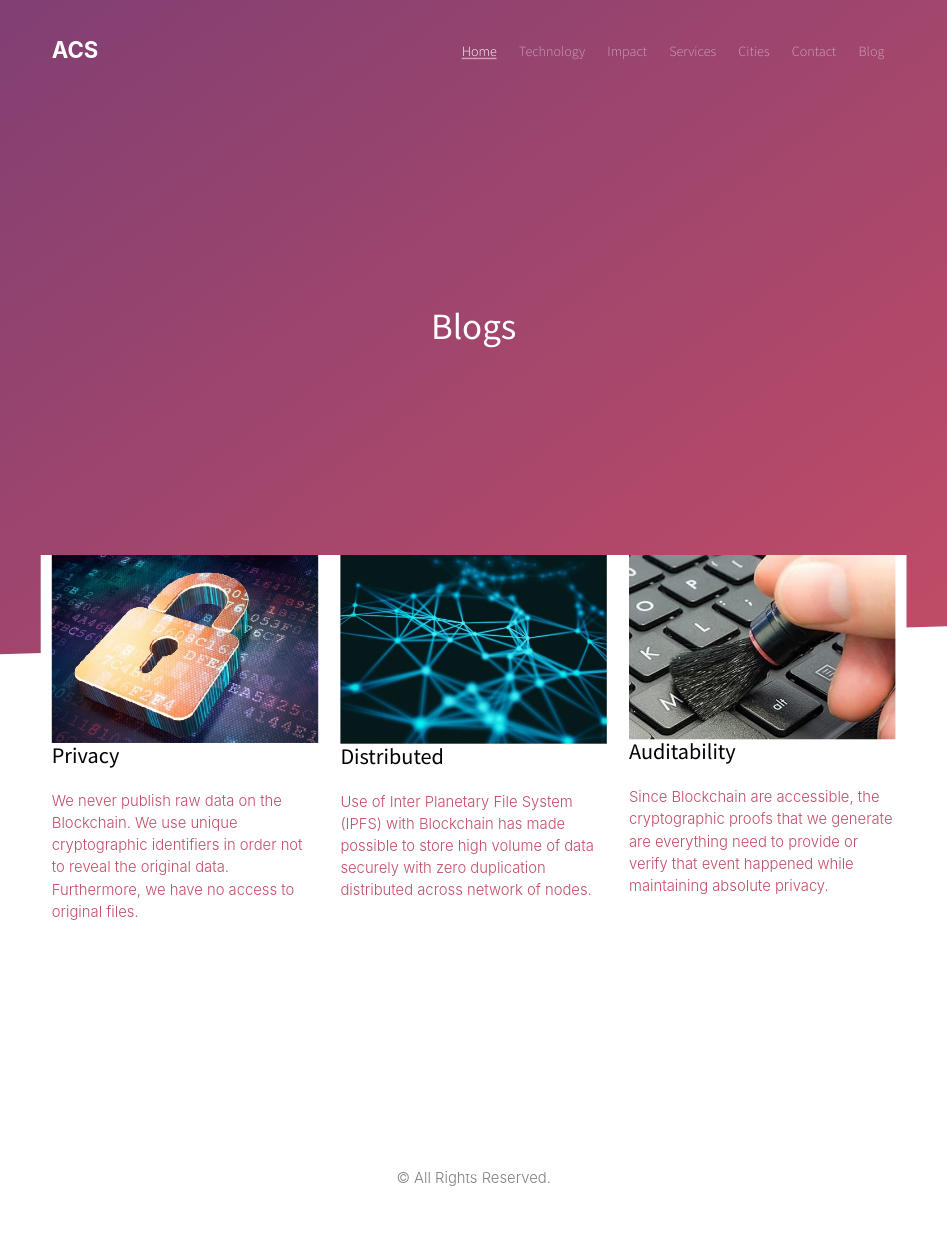
Repository: agarwalrahul-22/acs
Page: /blog
These files come from the project's save history. The page is drawn as it stood at one moment and after the next save; the edit follows.
The browser window is 1280 px wide. The pictures show the whole page, at 74% of full size.
Some web fonts or font styles are not loaded; a fallback is used. The project was rebuilt for these pictures with package versions that can differ from the ones it lists, and the page was loaded fresh each time. Also part of the build but not shown: src/components/main/LandingComponent.js, src/components/main/TechComponent.js, src/components/main/ImpactComponent.js, src/components/main/ServicesComponent.js, src/components/main/CitiesComponent.js, src/components/MainComponent.js.

Above is the page before, as saved 2022-10-10 22:05:41.

### public/index.html
<!DOCTYPE html>
<html lang="en">
  <head>
    <meta charset="utf-8" />
    <link rel="icon" href="%PUBLIC_URL%/favicon.ico" />
    <meta name="viewport" content="width=device-width, initial-scale=1" />
    <meta name="theme-color" content="#000000" />
    <meta name="description" content="Blockchain based Atithi Compliance System" />
    <link rel="apple-touch-icon" href="%PUBLIC_URL%/logo192.png" />
    <link href='https://fonts.googleapis.com/css?family=Source+Sans+Pro:400,300,600,400italic,700' rel='stylesheet'
      type='text/css'>
    <link rel="stylesheet" href="css/animate.css">
    <link rel="stylesheet" href="css/icomoon.css">
    <link rel="stylesheet" href="css/simple-line-icons.css">
    <link rel="stylesheet" href="css/magnific-popup.css">
    <link rel="stylesheet" href="css/bootstrap.css">
    <link rel="stylesheet" href="css/style3.css">
    <!--
      manifest.json provides metadata used when your web app is installed on a
      user's mobile device or desktop. See https://developers.google.com/web/fundamentals/web-app-manifest/
    -->
    <link rel="manifest" href="%PUBLIC_URL%/manifest.json" />
    <!--
      Notice the use of %PUBLIC_URL% in the tags above.
      It will be replaced with the URL of the `public` folder during the build.
      Only files inside the `public` folder can be referenced from the HTML.

      Unlike "/favicon.ico" or "favicon.ico", "%PUBLIC_URL%/favicon.ico" will
      work correctly both with client-side routing and a non-root public URL.
      Learn how to configure a non-root public URL by running `npm run build`.
    -->
    <title>Atithi Compliance System</title>
  </head>
  <body>
    <noscript>You need to enable JavaScript to run this app.</noscript>
    <div id="root"></div>
    <!--
      This HTML file is a template.
      If you open it directly in the browser, you will see an empty page.

      You can add webfonts, meta tags, or analytics to this file.
      The build step will place the bundled scripts into the <body> tag.

      To begin the development, run `npm start` or `yarn start`.
      To create a production bundle, use `npm run build` or `yarn build`.
    -->
  </body>
</html>

### src/components/BlogComponent.js
import React from 'react'
import report from "../images/report.svg";
import blockchain from "../images/blockchain.svg";
import img7 from "../images/img_7.jpg";
import img8 from "../images/img_8.jpg";
import img10 from "../images/img_10.jpg";
import fullimage2 from "../images/full_image_2.jpg";
import privacy from "../images/privacy_acs.jpg";
import distributed from "../images/distributed_acs.jpg";
import audit from "../images/audit_acs.jpg";
function BlogComponent() {
  return (
    <div>
      <section
        id="fh5co-home"
        data-section="home"
        style={{ backgroundImage: { fullimage2 } }}
        data-stellar-background-ratio="0.5"
      >
        <div className="gradient"></div>
        <div className="container">
          <div className="text-wrap">
            <div className="text-inner">
              <h1 className="to-animate">Blogs </h1>
            </div>
          </div>
        </div>
        <div className="slant"></div>
      </section>
      <section id="fh5co-intro">
        <div className="container">
          <div className="row row-bottom-padded-lg"
          style={{backgroundColor:'white'}}
          >
            <div className="col-md-4 col-sm-6 col-xxs-12">
              <a
                href={privacy}
                className="fh5co-project-item image-popup to-animate"
              >
                <img src={privacy} alt="Image" className="img-responsive" />
                <div className="fh5co-text">
                  <h2>Privacy</h2>
                  <span>
                    We never publish raw data on the Blockchain. We use unique
                    cryptographic identifiers in order not to reveal the
                    original data. Furthermore, we have no access to original
                    files.
                  </span>
                </div>
              </a>
            </div>
            <div className="col-md-4 col-sm-6 col-xxs-12">
              <a
                href={distributed}
                className="fh5co-project-item image-popup to-animate"
              >
                <img src={distributed} alt="Image" className="img-responsive" />
                <div className="fh5co-text">
                  <h2>Distributed</h2>
                  <span>
                    Use of Inter Planetary File System (IPFS) with Blockchain
                    has made possible to store high volume of data securely with
                    zero duplication distributed across network of nodes.
                  </span>
                </div>
              </a>
            </div>
            <div className="col-md-4 col-sm-6 col-xxs-12">
              <a
                href={audit}
                className="fh5co-project-item image-popup to-animate"
              >
                <img src={audit} alt="Image" className="img-responsive" />
                <div className="fh5co-text">
                  <h2>Auditability</h2>
                  <span>
                    Since Blockchain are accessible, the cryptographic proofs
                    that we generate are everything need to provide or verify
                    that event happened while maintaining absolute privacy.
                  </span>
                </div>
              </a>
            </div>
          </div>
        </div>
      </section>
    </div>
  );
}

export default BlogComponent;

### public/css/simple-line-icons.css
@font-face {
  font-family: 'simple-line-icons';
  src:  url('../fonts/simple-line-icons/Simple-Line-Icons.eot?v=2.2.2');
  src:  url('../fonts/simple-line-icons/Simple-Line-Icons.eot?#iefix&v=2.2.2') format('embedded-opentype'),
        url('../fonts/simple-line-icons/Simple-Line-Icons.ttf?v=2.2.2') format('truetype'),
        url('../fonts/simple-line-icons/Simple-Line-Icons.woff2?v=2.2.2') format('woff2'),
        url('../fonts/simple-line-icons/Simple-Line-Icons.woff?v=2.2.2') format('woff'),
        url('../fonts/simple-line-icons/Simple-Line-Icons.svg?v=2.2.2#simple-line-icons') format('svg');
  font-weight: normal;
  font-style: normal;
}
/*
 Use the following CSS code if you want to have a class per icon.
 Instead of a list of all class selectors, you can use the generic [class*="icon-"] selector, but it's slower:
*/
.icon-user,
.icon-people,
.icon-user-female,
.icon-user-follow,
.icon-user-following,
.icon-user-unfollow,
.icon-login,
.icon-logout,
.icon-emotsmile,
.icon-phone,
.icon-call-end,
.icon-call-in,
.icon-call-out,
.icon-map,
.icon-location-pin,
.icon-direction,
.icon-directions,
.icon-compass,
.icon-layers,
.icon-menu,
.icon-list,
.icon-options-vertical,
.icon-options,
.icon-arrow-down,
.icon-arrow-left,
.icon-arrow-right,
.icon-arrow-up,
.icon-arrow-up-circle,
.icon-arrow-left-circle,
.icon-arrow-right-circle,
.icon-arrow-down-circle,
.icon-check,
.icon-clock,
.icon-plus,
.icon-close,
.icon-trophy,
.icon-screen-smartphone,
.icon-screen-desktop,
.icon-plane,
.icon-notebook,
.icon-mustache,
.icon-mouse,
.icon-magnet,
.icon-energy,
.icon-disc,
.icon-cursor,
.icon-cursor-move,
.icon-crop,
.icon-chemistry,
.icon-speedometer,
.icon-shield,
.icon-screen-tablet,
.icon-magic-wand,
.icon-hourglass,
.icon-graduation,
.icon-ghost,
.icon-game-controller,
.icon-fire,
.icon-eyeglass,
.icon-envelope-open,
.icon-envelope-letter,
.icon-bell,
.icon-badge,
.icon-anchor,
.icon-wallet,
.icon-vector,
.icon-speech,
.icon-puzzle,
.icon-printer,
.icon-present,
.icon-playlist,
.icon-pin,
.icon-picture,
.icon-handbag,
.icon-globe-alt,
.icon-globe,
.icon-folder-alt,
.icon-folder,
.icon-film,
.icon-feed,
.icon-drop,
.icon-drawar,
.icon-docs,
.icon-doc,
.icon-diamond,
.icon-cup,
.icon-calculator,
.icon-bubbles,
.icon-briefcase,
.icon-book-open,
.icon-basket-loaded,
.icon-basket,
.icon-bag,
.icon-action-undo,
.icon-action-redo,
.icon-wrench,
.icon-umbrella,
.icon-trash,
.icon-tag,
.icon-support,
.icon-frame,
.icon-size-fullscreen,
.icon-size-actual,
.icon-shuffle,
.icon-share-alt,
.icon-share,
.icon-rocket,
.icon-question,
.icon-pie-chart,
.icon-pencil,
.icon-note,
.icon-loop,
.icon-home,
.icon-grid,
.icon-graph,
.icon-microphone,
.icon-music-tone-alt,
.icon-music-tone,
.icon-earphones-alt,
.icon-earphones,
.icon-equalizer,
.icon-like,
.icon-dislike,
.icon-control-start,
.icon-control-rewind,
.icon-control-play,
.icon-control-pause,
.icon-control-forward,
.icon-control-end,
.icon-volume-1,
.icon-volume-2,
.icon-volume-off,
.icon-calendar,
.icon-bulb,
.icon-chart,
.icon-ban,
.icon-bubble,
.icon-camrecorder,
.icon-camera,
.icon-cloud-download,
.icon-cloud-upload,
.icon-envelope,
.icon-eye,
.icon-flag,
.icon-heart,
.icon-info,
.icon-key,
.icon-link,
.icon-lock,
.icon-lock-open,
.icon-magnifier,
.icon-magnifier-add,
.icon-magnifier-remove,
.icon-paper-clip,
.icon-paper-plane,
.icon-power,
.icon-refresh,
.icon-reload,
.icon-settings,
.icon-star,
.icon-symble-female,
.icon-symbol-male,
.icon-target,
.icon-credit-card,
.icon-paypal,
.icon-social-tumblr,
.icon-social-twitter,
.icon-social-facebook,
.icon-social-instagram,
.icon-social-linkedin,
.icon-social-pinterest,
.icon-social-github,
.icon-social-gplus,
.icon-social-reddit,
.icon-social-skype,
.icon-social-dribbble,
.icon-social-behance,
.icon-social-foursqare,
.icon-social-soundcloud,
.icon-social-spotify,
.icon-social-stumbleupon,
.icon-social-youtube,
.icon-social-dropbox {
  font-family: 'simple-line-icons';
  speak: none;
  font-style: normal;
  font-weight: normal;
  font-variant: normal;
  text-transform: none;
  line-height: 1;
  /* Better Font Rendering =========== */
  -webkit-font-smoothing: antialiased;
  -moz-osx-font-smoothing: grayscale;
}
.icon-user:before {
  content: "\e005";
}
.icon-people:before {
  content: "\e001";
}
.icon-user-female:before {
  content: "\e000";
}
.icon-user-follow:before {
  content: "\e002";
}
.icon-user-following:before {
  content: "\e003";
}
.icon-user-unfollow:before {
  content: "\e004";
}
.icon-login:before {
  content: "\e066";
}
.icon-logout:before {
  content: "\e065";
}
.icon-emotsmile:before {
  content: "\e021";
}
.icon-phone:before {
  content: "\e600";
}
.icon-call-end:before {
  content: "\e048";
}
.icon-call-in:before {
  content: "\e047";
}
.icon-call-out:before {
  content: "\e046";
}
.icon-map:before {
  content: "\e033";
}
.icon-location-pin:before {
  content: "\e096";
}
.icon-direction:before {
  content: "\e042";
}
.icon-directions:before {
  content: "\e041";
}
.icon-compass:before {
  content: "\e045";
}
.icon-layers:before {
  content: "\e034";
}
.icon-menu:before {
  content: "\e601";
}
.icon-list:before {
  content: "\e067";
}
.icon-options-vertical:before {
  content: "\e602";
}
.icon-options:before {
  content: "\e603";
}
.icon-arrow-down:before {
  content: "\e604";
}
.icon-arrow-left:before {
  content: "\e605";
}
.icon-arrow-right:before {
  content: "\e606";
}
.icon-arrow-up:before {
  content: "\e607";
}
.icon-arrow-up-circle:before {
  content: "\e078";
}
.icon-arrow-left-circle:before {
  content: "\e07a";
}
.icon-arrow-right-circle:before {
  content: "\e079";
}
.icon-arrow-down-circle:before {
  content: "\e07b";
}
.icon-check:before {
  content: "\e080";
}
.icon-clock:before {
  content: "\e081";
}
.icon-plus:before {
  content: "\e095";
}
.icon-close:before {
  content: "\e082";
}
.icon-trophy:before {
  content: "\e006";
}
.icon-screen-smartphone:before {
  content: "\e010";
}
.icon-screen-desktop:before {
  content: "\e011";
}
.icon-plane:before {
  content: "\e012";
}
.icon-notebook:before {
  content: "\e013";
}
.icon-mustache:before {
  content: "\e014";
}
.icon-mouse:before {
  content: "\e015";
}
.icon-magnet:before {
  content: "\e016";
}
.icon-energy:before {
  content: "\e020";
}
.icon-disc:before {
  content: "\e022";
}
.icon-cursor:before {
  content: "\e06e";
}
.icon-cursor-move:before {
  content: "\e023";
}
.icon-crop:before {
  content: "\e024";
}
.icon-chemistry:before {
  content: "\e026";
}
.icon-speedometer:before {
  content: "\e007";
}
.icon-shield:before {
  content: "\e00e";
}
.icon-screen-tablet:before {
  content: "\e00f";
}
.icon-magic-wand:before {
  content: "\e017";
}
.icon-hourglass:before {
  content: "\e018";
}
.icon-graduation:before {
  content: "\e019";
}
.icon-ghost:before {
  content: "\e01a";
}
.icon-game-controller:before {
  content: "\e01b";
}
.icon-fire:before {
  content: "\e01c";
}
.icon-eyeglass:before {
  content: "\e01d";
}
.icon-envelope-open:before {
  content: "\e01e";
}
.icon-envelope-letter:before {
  content: "\e01f";
}
.icon-bell:before {
  content: "\e027";
}
.icon-badge:before {
  content: "\e028";
}
.icon-anchor:before {
  content: "\e029";
}
.icon-wallet:before {
  content: "\e02a";
}
.icon-vector:before {
  content: "\e02b";
}
.icon-speech:before {
  content: "\e02c";
}
.icon-puzzle:before {
  content: "\e02d";
}
.icon-printer:before {
  content: "\e02e";
}
.icon-present:before {
  content: "\e02f";
}
.icon-playlist:before {
  content: "\e030";
}
.icon-pin:before {
  content: "\e031";
}
.icon-picture:before {
  content: "\e032";
}
.icon-handbag:before {
  content: "\e035";
}
.icon-globe-alt:before {
  content: "\e036";
}
.icon-globe:before {
  content: "\e037";
}
.icon-folder-alt:before {
  content: "\e039";
}
.icon-folder:before {
  content: "\e089";
}
.icon-film:before {
  content: "\e03a";
}
.icon-feed:before {
  content: "\e03b";
}
.icon-drop:before {
  content: "\e03e";
}
.icon-drawar:before {
  content: "\e03f";
}
.icon-docs:before {
  content: "\e040";
}
.icon-doc:before {
  content: "\e085";
}
.icon-diamond:before {
  content: "\e043";
}
.icon-cup:before {
  content: "\e044";
}
.icon-calculator:before {
  content: "\e049";
}
.icon-bubbles:before {
  content: "\e04a";
}
.icon-briefcase:before {
  content: "\e04b";
}
.icon-book-open:before {
  content: "\e04c";
}
.icon-basket-loaded:before {
  content: "\e04d";
}
.icon-basket:before {
  content: "\e04e";
}
.icon-bag:before {
  content: "\e04f";
}
.icon-action-undo:before {
  content: "\e050";
}
.icon-action-redo:before {
  content: "\e051";
}
.icon-wrench:before {
  content: "\e052";
}
.icon-umbrella:before {
  content: "\e053";
}
.icon-trash:before {
  content: "\e054";
}
.icon-tag:before {
  content: "\e055";
}
.icon-support:before {
  content: "\e056";
}
.icon-frame:before {
  content: "\e038";
}
.icon-size-fullscreen:before {
  content: "\e057";
}
.icon-size-actual:before {
  content: "\e058";
}
.icon-shuffle:before {
  content: "\e059";
}
.icon-share-alt:before {
  content: "\e05a";
}
.icon-share:before {
  content: "\e05b";
}
.icon-rocket:before {
  content: "\e05c";
}
.icon-question:before {
  content: "\e05d";
}
.icon-pie-chart:before {
  content: "\e05e";
}
.icon-pencil:before {
  content: "\e05f";
}
.icon-note:before {
  content: "\e060";
}
.icon-loop:before {
  content: "\e064";
}
.icon-home:before {
  content: "\e069";
}
.icon-grid:before {
  content: "\e06a";
}
.icon-graph:before {
  content: "\e06b";
}
.icon-microphone:before {
  content: "\e063";
}
.icon-music-tone-alt:before {
  content: "\e061";
}
.icon-music-tone:before {
  content: "\e062";
}
.icon-earphones-alt:before {
  content: "\e03c";
}
.icon-earphones:before {
  content: "\e03d";
}
.icon-equalizer:before {
  content: "\e06c";
}
.icon-like:before {
  content: "\e068";
}
.icon-dislike:before {
  content: "\e06d";
}
.icon-control-start:before {
  content: "\e06f";
}
.icon-control-rewind:before {
  content: "\e070";
}
.icon-control-play:before {
  content: "\e071";
}
.icon-control-pause:before {
  content: "\e072";
}
.icon-control-forward:before {
  content: "\e073";
}
.icon-control-end:before {
  content: "\e074";
}
.icon-volume-1:before {
  content: "\e09f";
}
.icon-volume-2:before {
  content: "\e0a0";
}
.icon-volume-off:before {
  content: "\e0a1";
}
.icon-calendar:before {
  content: "\e075";
}
.icon-bulb:before {
  content: "\e076";
}
.icon-chart:before {
  content: "\e077";
}
.icon-ban:before {
  content: "\e07c";
}
.icon-bubble:before {
  content: "\e07d";
}
.icon-camrecorder:before {
  content: "\e07e";
}
.icon-camera:before {
  content: "\e07f";
}
.icon-cloud-download:before {
  content: "\e083";
}
.icon-cloud-upload:before {
  content: "\e084";
}
.icon-envelope:before {
  content: "\e086";
}
.icon-eye:before {
  content: "\e087";
}
.icon-flag:before {
  content: "\e088";
}
.icon-heart:before {
  content: "\e08a";
}
.icon-info:before {
  content: "\e08b";
}
.icon-key:before {
  content: "\e08c";
}
.icon-link:before {
  content: "\e08d";
}
.icon-lock:before {
  content: "\e08e";
}
.icon-lock-open:before {
  content: "\e08f";
}
.icon-magnifier:before {
  content: "\e090";
}
.icon-magnifier-add:before {
  content: "\e091";
}
.icon-magnifier-remove:before {
  content: "\e092";
}
.icon-paper-clip:before {
  content: "\e093";
}
.icon-paper-plane:before {
  content: "\e094";
}
.icon-power:before {
  content: "\e097";
}
.icon-refresh:before {
  content: "\e098";
}
.icon-reload:before {
  content: "\e099";
}
.icon-settings:before {
  content: "\e09a";
}
.icon-star:before {
  content: "\e09b";
}
.icon-symble-female:before {
  content: "\e09c";
}
.icon-symbol-male:before {
  content: "\e09d";
}
.icon-target:before {
  content: "\e09e";
}
.icon-credit-card:before {
  content: "\e025";
}
.icon-paypal:before {
  content: "\e608";
}
.icon-social-tumblr:before {
  content: "\e00a";
}
.icon-social-twitter:before {
  content: "\e009";
}
.icon-social-facebook:before {
  content: "\e00b";
}
.icon-social-instagram:before {
  content: "\e609";
}
.icon-social-linkedin:before {
  content: "\e60a";
}
.icon-social-pinterest:before {
  content: "\e60b";
}
.icon-social-github:before {
  content: "\e60c";
}
.icon-social-gplus:before {
  content: "\e60d";
}
.icon-social-reddit:before {
  content: "\e60e";
}
.icon-social-skype:before {
  content: "\e60f";
}
.icon-social-dribbble:before {
  content: "\e00d";
}
.icon-social-behance:before {
  content: "\e610";
}
.icon-social-foursqare:before {
  content: "\e611";
}
.icon-social-soundcloud:before {
  content: "\e612";
}
.icon-social-spotify:before {
  content: "\e613";
}
.icon-social-stumbleupon:before {
  content: "\e614";
}
.icon-social-youtube:before {
  content: "\e008";
}
.icon-social-dropbox:before {
  content: "\e00c";
}

Loaded but not shown: src/index.js (common file); src/index.css (common file); src/reportWebVitals.js (common file); public/css/animate.css (library); public/css/icomoon.css (common file); public/css/magnific-popup.css (library); public/css/bootstrap.css (library); src/components/HeaderComponent.js (68 lines, source omitted); src/App.js (35 lines, source omitted); src/components/FooterComponent.js (20 lines, source omitted); public/css/style3.css (1411 lines, source omitted)

After the next save:
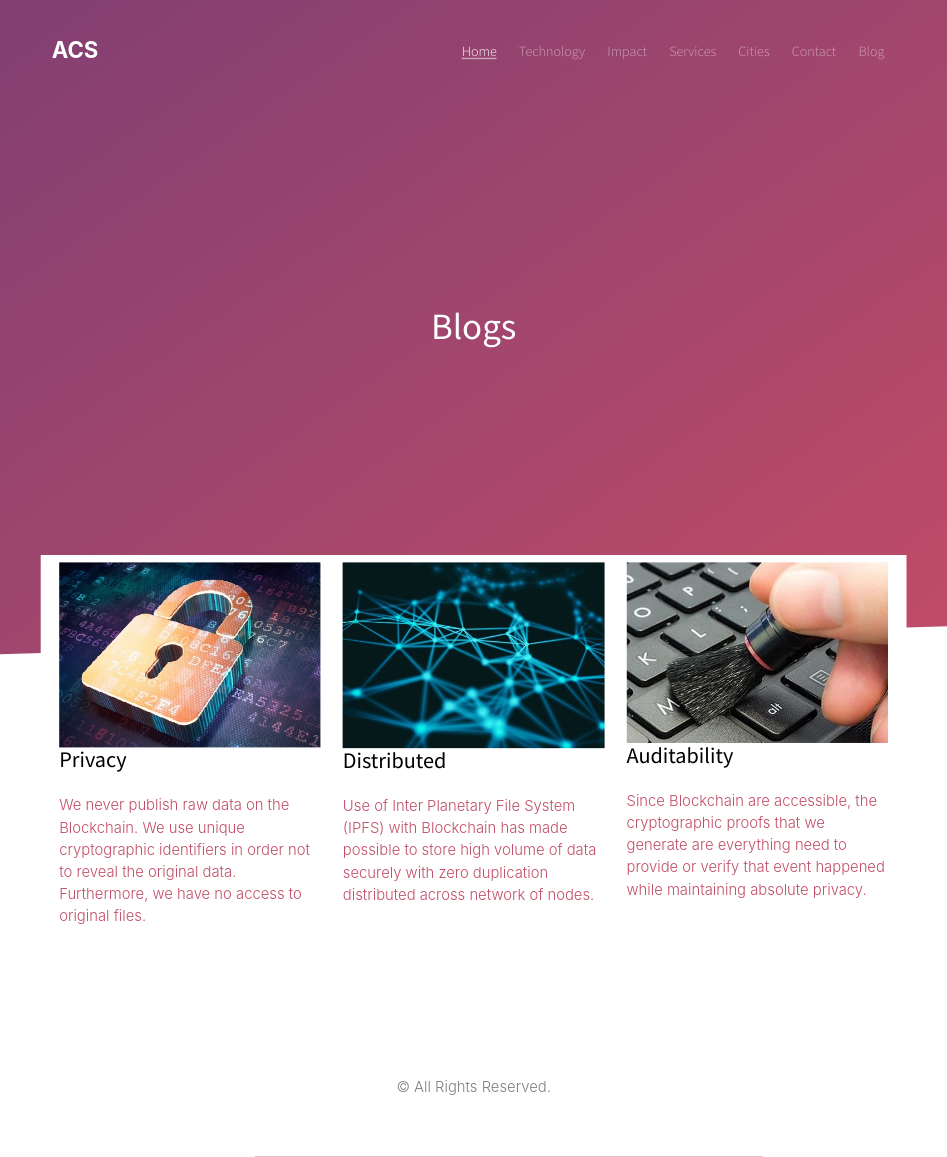
Saved 31 s later.
--- a/src/components/BlogComponent.js
+++ b/src/components/BlogComponent.js
@@ -30,7 +30,7 @@ function BlogComponent() {
       <section id="fh5co-intro">
         <div className="container">
           <div className="row row-bottom-padded-lg"
-          style={{backgroundColor:'white'}}
+          style={{backgroundColor:'white', padding:'10px'}}
           >
             <div className="col-md-4 col-sm-6 col-xxs-12">
               <a
